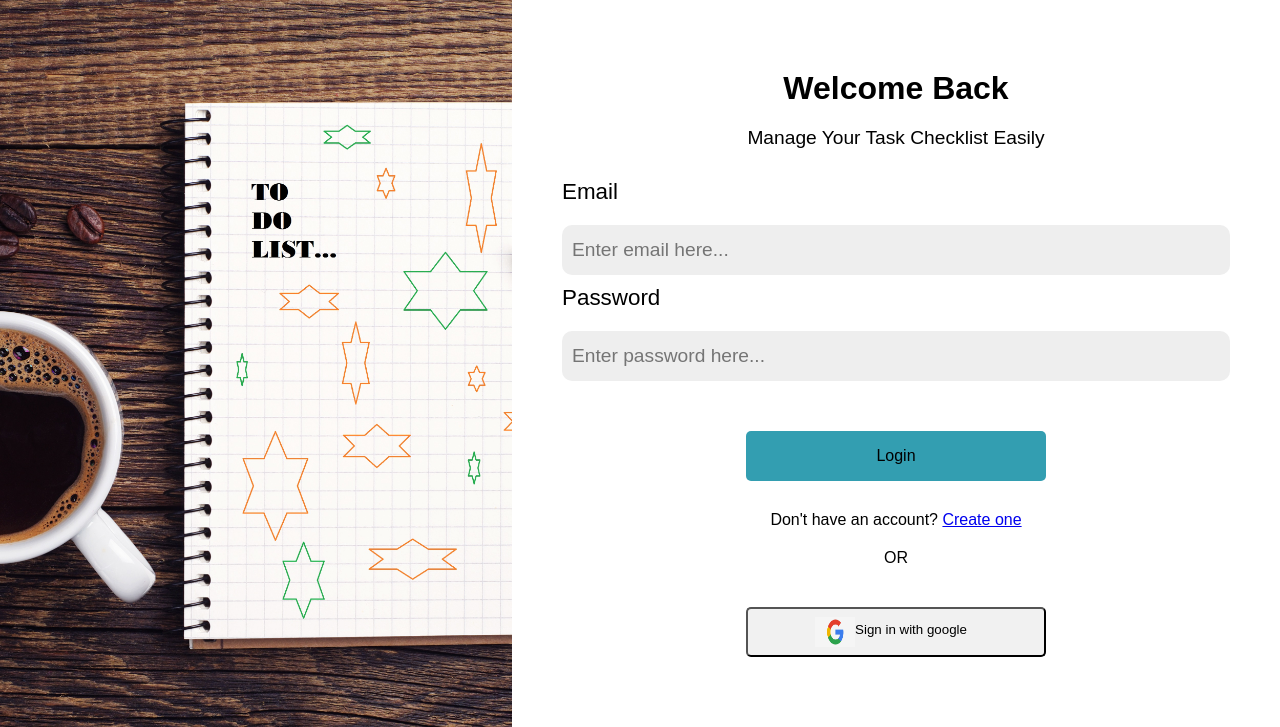
Repository: tebo27cMd/todo_App
Page: /
These files come from the project's save history. The page is drawn as it stood at one moment and after the next save; the edit follows.
The browser window is 1280 px wide. The pictures show the whole page.
The project was rebuilt for these pictures with package versions that can differ from the ones it lists, and the page was loaded fresh each time. Also part of the build but not shown: src/Pages/SignInPage.jsx, src/Pages/HomePage.jsx.

Above is the page before, as saved 2022-08-23 09:27:17.

### src/App.js
import React, {useState, useEffect} from 'react';
import './App.css';
import LoginPage from './Pages/LoginPage';
import SignInPage from './Pages/SignInPage';
import HomePage from './Pages/HomePage';

import {BrowserRouter as Router,Routes,Route,Link} from "react-router-dom";

//import {collection, getDocs, getDoc, doc, deleteDoc} from 'firebase/firestore'







function App() {


  const [tasks, setTasks] = useState([]);

  const addTasks = ((task, priorityType)=>{
    setTasks((tasks)=>[...tasks, {
      task:task,
      priorityType:priorityType
    }])

    console.log(tasks);
  })
  return (
    <div className="App">

      <Router>
      <Routes>
        <Route exact path="/" element = {<LoginPage/>}></Route>
        <Route path="/SignInPage" element = {<SignInPage/>}></Route>
        <Route exact path="/HomePage" element = {<HomePage/>}></Route>
      </Routes>
    </Router>

    </div>
  );
}

export default App;

### src/App.css
* {
  box-sizing: border-box;
  margin: 0;
  padding: 0;
  font-family: 'Times New Roman', Times, serif;
}

### src/Pages/LoginPage.jsx
import React, { useState } from 'react'

import './LoginPage.css';
import google from '../image/i.png'
import {Link} from 'react-router-dom'
import { signInWithEmailAndPassword} from 'firebase/auth'
import { auth } from "../Config-file/firebase";
import { useNavigate } from 'react-router-dom';


const LoginPage = () => {

  const [email, setEmail] = useState('');
  const [password, setPassword] = useState('');

  let history = useNavigate();

const SignInPage = (()=>{
  signInWithEmailAndPassword(auth, email, password).then(()=>{

      history("/HomePage");
  }).catch((error)=>{
    console.log(error);
  })
})



  return (
    <div className='LoginPage'>

        <aside></aside>

        <section>
            <h1 className='welcome'>Welcome Back</h1>

            <p className='paragraph1'>Manage Your Task Checklist Easily</p>

            <div className='input-control'>
                    <label htmlFor="email">Email</label>
                    <input type="email"  placeholder='Enter email here...'
                    onChange={(e)=> setEmail(e.target.value)}/>
            </div>

            <div className='input-control'>
                    <label htmlFor="password">Password</label>
                    <input type="password"  placeholder='Enter password here...'
                    onChange={(e)=> setPassword(e.target.value)}/>
            </div>

            <button className='lgnBtn' onClick={SignInPage}>Login</button>

            <p className='create'>Don't have an account? <span><Link to={"/SignInPage"}>Create one</Link></span></p>

            <h1 className='or'>OR</h1>

            <button className='signBtn'><div className='logo'><img src={google} alt="" /><span><div>Sign in with google</div></span></div></button>




        </section>

    </div>
  )
}

export default LoginPage;

### src/Pages/LoginPage.css

:root
{
    --btnGreen: #339eb1;
    --beige: beige;

}

.LoginPage{
    display: grid;
    grid-template-columns: 40% 60%;
    width: 100vw;
    height: 100vh;
}

.LoginPage aside{
    background: url(../Images/Ado.jpeg);
    background-size: cover;
}

.LoginPage section{
    display: flex;
    flex-direction: column;
    justify-content: center;
    align-items: center;
    padding: 50px;

}

.LoginPage .welcome{
    margin-top: 20px;
    margin-bottom: 20px;
    font-weight: bolder;
    font-size: 2em;
}

.LoginPage .paragraph1{
    margin-bottom: 20px;
    font-size: 1.2em;
}

.LoginPage .input-control{
    display: flex;
    flex-direction: column;
    align-self: flex-start;
    width: 100%;

}

.LoginPage .input-control label{
    margin-top: 10px;
    margin-bottom: 10px;
    font-size: 1.4em;

}

.LoginPage .input-control input{
    font-size: 1.2em;
    height: 50px;
    padding: 20px 10px 20px 10px;
    margin-top: 10px;
    border: none;
    border-radius: 10px;
    width: 100%;
    background-color: #eee;

}

.LoginPage button{
    width: 300px;
    height: 50px;
}
.LoginPage button:hover{
   background-color: #eee;

}
.LoginPage .lgnBtn{
    margin-top: 50px;
    border-radius: 5px;
    border: none;
    background-color: var(--btnGreen);
    font-size: 1em;
    cursor: pointer;
}

.LoginPage .create{

    margin-top: 30px;
}


Link{
    color: var(--btnGreen);
}

.LoginPage .or{
    font-weight: lighter;
    font-size: 1em;
    margin: 20px;
}

.LoginPage .signBtn{
    margin: 20px;
    padding-right: 20px;
    border-radius: 5px;
    border: none
    cursor: pointer;
    background-color: #efefefdd;
}

.logo{
    display: flex;
    flex-direction: row;
    justify-content: center;

}

.logo img{
    width: 50px;
    height: 30px;
    padding-left: 10px;
}

.logo span{
    padding-top: 5px;
}

### src/Config-file/firebase.js
// Import the functions you need from the SDKs you need
import { initializeApp } from "firebase/app";
import { getFirestore } from "@firebase/firestore";
import {getAuth} from 'firebase/auth';

const firebaseConfig = {
  apiKey: "AIzaSyB44VhlyOGLme-EDCUVNbbB2UbazBO3qIY",
  authDomain:  "todo-433b6.firebaseapp.com",
  projectId:"todo-433b6",
  storageBucket: "todo-433b6.appspot.com",
  messagingSenderId: "23893463738",
  appId:"1:23893463738:web:7b7d1fefeddfc1abce6883",
  measurementId: "G-QQNBP66G32"
};

// Initialize Firebase
const app = initializeApp(firebaseConfig);
const db = getFirestore(app);
const auth = getAuth(app);
export  {auth, db};

### src/css/HomePage.css


*{
    box-sizing:border-box;
    margin: 0;
    padding: 0;
    font-family: sans-serif;
}


.topPart{
    display: flex;
    justify-content: space-between;
    margin: 10px 80px;
    border-bottom: 2px solid black;

}

.topPart button{
    width: 100px;
    margin:0px 20px 5px 0px;
    border-radius: 5px;
    border: none;
    background-color: #33b18d;
    cursor: pointer;
    color: white;
    font-size: 1.2em;

}
.topPart img {
    height: 20px;
}

.topPart button:hover{
    background-color: rgba(245, 27, 27, 0.815);
    color: black;
}

.bottomPart{
    display: flex;
    flex-direction: column;
    justify-content: center;
    align-items: center;
    margin-top: 80px;
}

.bottomPart input{
    margin-right: 10px;
    height: 30px;
    width: 500px;
    padding-left: 20px;
    border: none;
    background-color: #eee;
    border-radius: 5px;

}

.bottomPart select{
    margin-right: 10px;
    height: 30px;
    width: 100px;
    border: none;
    background-color: #33b18d;
    border-radius: 5px;
}

.bottomPart button{
    height: 40px;
    width: 40px;
    border-radius: 50px;
    border: none;
    color: #eee;
    font-size: 1.6em;
    background-color: #33b18d;
    cursor: pointer;

}

.bottomPart button:hover{
    background-color: #776e7625;
    color: black;
}

.input-fields {
    display: flex;
    align-items: center;
}



/* Task list*/


.task-list{
    width: 600px;
    margin-right: 60px;
}

.item{
    display: flex;
    text-align: center;
    justify-content: space-between;
    padding: 10px;
    border-radius: 5px;
    border: none;
    box-shadow: 2px 2px 5px .5px grey;

}
.items{
    padding: 5px 0;
}

.item button{
    border: none;
    border-radius: 50px;
    width: 80px;
    height: 40px;
    background-color:white;
    font-size: 20px;
    cursor: pointer;

}


.tick img{
    width: 40px;

}

Loaded but not shown: public/index.html (common file); src/index.js (common file); src/reportWebVitals.js (common file)

After the next save:
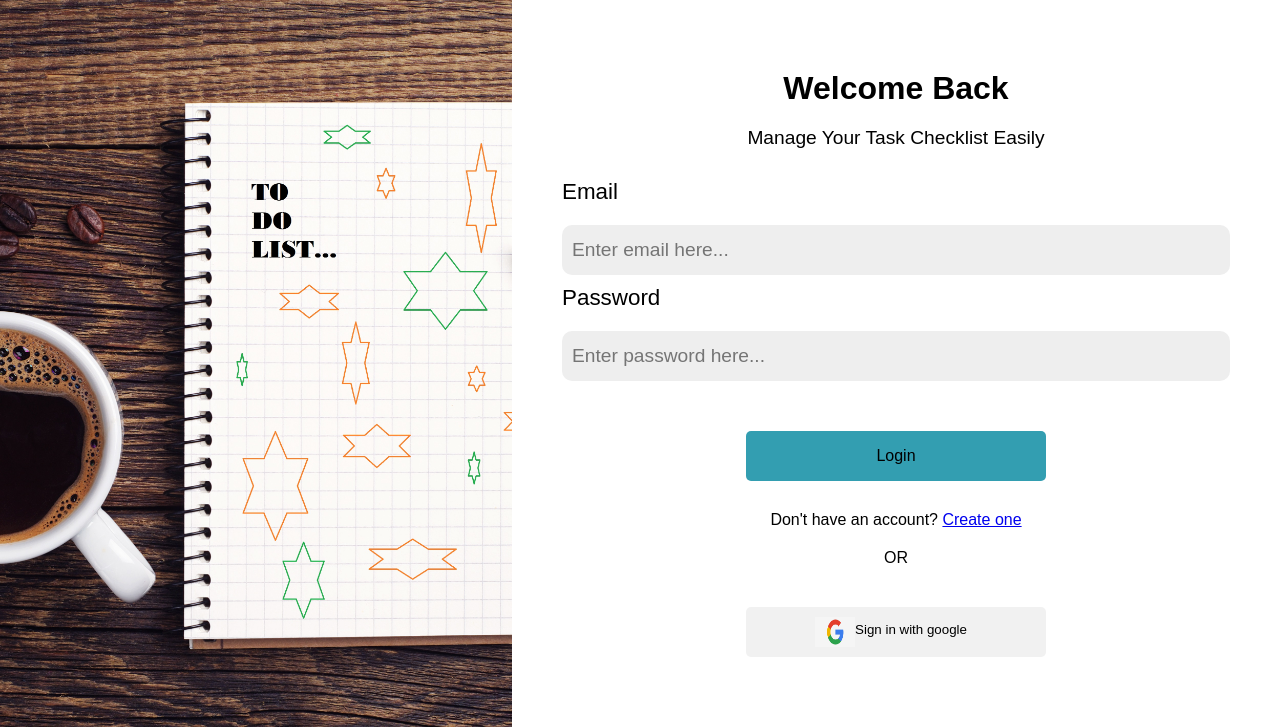
Saved 4 s later.
--- a/src/Pages/LoginPage.css
+++ b/src/Pages/LoginPage.css
@@ -103,7 +103,7 @@ Link{
     margin: 20px;
     padding-right: 20px;
     border-radius: 5px;
-    border: none
+    border: none;
     cursor: pointer;
     background-color: #efefefdd;
 }
